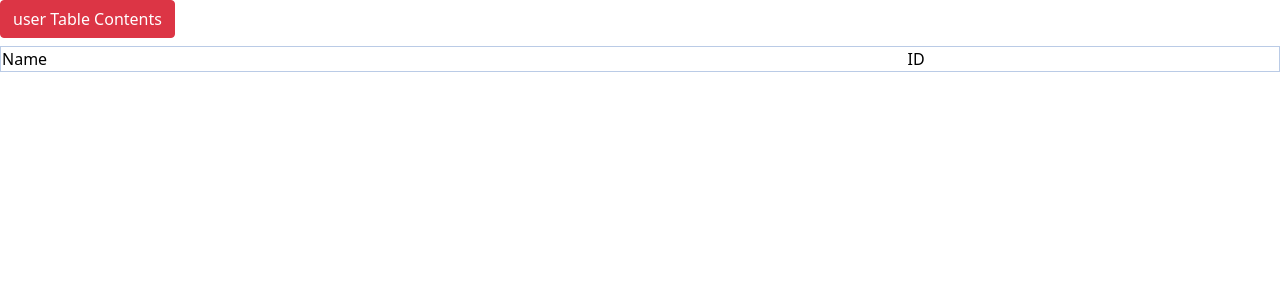
Repository: mobey3/JspProject
Page: http://localhost/JS_JSP/UserDB.jsp
An editor plug-in stored every save of this project. The page is shown before and after the next save, followed by the edit.
The browser window is 1280 px wide. The pictures show the whole page.
The page is served by Tomcat 9. Queries for data that is not in the repository find no rows.

Above is the page before, as saved 2021-07-20 02:51:31.

After the next save:
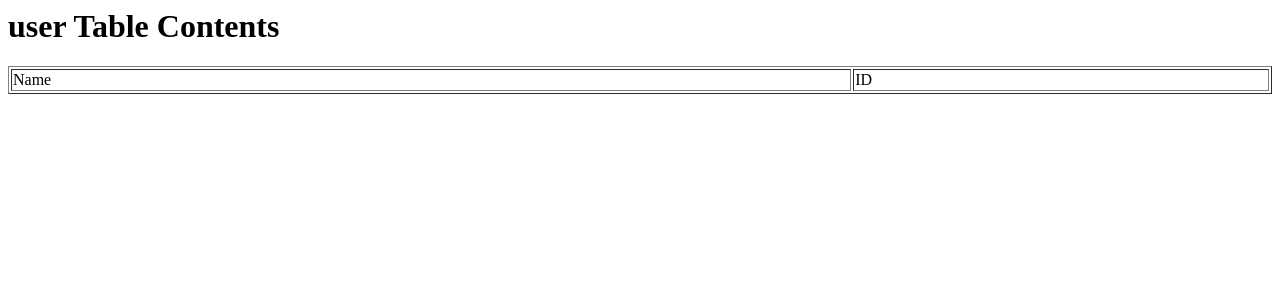
Saved 6 min 55 s later.
--- a/0720/JS_JSP/src/main/webapp/UserDB.jsp
+++ b/0720/JS_JSP/src/main/webapp/UserDB.jsp
@@ -8,62 +8,68 @@
 <head>
 <title>Member List</title>
 
-<link
-	href="https://cdn.jsdelivr.net/npm/bootstrap@5.0.2/dist/css/bootstrap.min.css"
-	rel="stylesheet"
-	integrity="sha384-EVSTQN3/azprG1Anm3QDgpJLIm9Nao0Yz1ztcQTwFspd3yD65VohhpuuCOmLASjC"
-	crossorigin="anonymous">
+
 </head>
 <body>
-	<h1 class="btn btn-danger">user Table Contents</h1>
-	<table class ="table-primary" width="100%" border="1">
-		<tr class ="table-primary">
-			<td class ="table-primary">Name</td>
-			<td class ="table-primary">ID</td>
+	<h1>user Table Contents</h1>
+	<table width="100%" border="1">
+		<tr >
+			<td>Name</td>
+			<td>ID</td>
 		</tr>
-		<% // MySQL JDBC Driver Loading
+		<%
+		// MySQL JDBC Driver Loading
 		Class.forName("com.mysql.cj.jdbc.Driver");
 		Connection conn = null;
 		Statement stmt = null;
 		ResultSet rs = null;
 		try {
-		String jdbcDriver = "jdbc:mysql://localhost:3306/basicjsp?" + "useUnicode=true&characterEncoding=utf8";
-		//String jdbcDriver = "jdbc:mysql://localhost:3306/TUTORIAL?useSSL=false&serverTimezone=UTC";
-		//String jdbcDriver = "jdbc:mysql://localhost:3306/TUTORIAL?serverTimezone=UTC";
+			String jdbcDriver = "jdbc:mysql://localhost:3306/basicjsp?" + "useUnicode=true&characterEncoding=utf8";
+			//String jdbcDriver = "jdbc:mysql://localhost:3306/TUTORIAL?useSSL=false&serverTimezone=UTC";
+			//String jdbcDriver = "jdbc:mysql://localhost:3306/TUTORIAL?serverTimezone=UTC";
 
-		String dbUser = "root";
-		String dbPass = "1234";
-		String query = "select * from user"; // Create DB
-		conn = DriverManager.getConnection(jdbcDriver, dbUser, dbPass);
-		// Create Statement
-		stmt = conn.createStatement();
-		// Run Qeury
-		rs = stmt.executeQuery(query);
-		// Print Result (Run by Query)
-		while(rs.next()) { %>
+			String dbUser = "root";
+			String dbPass = "1234";
+			String query = "select * from user"; // Create DB
+			conn = DriverManager.getConnection(jdbcDriver, dbUser, dbPass);
+			// Create Statement
+			stmt = conn.createStatement();
+			// Run Qeury
+			rs = stmt.executeQuery(query);
+			// Print Result (Run by Query)
+			while (rs.next()) {
+		%>
 		<tr>
-			<td><%= rs.getString("userID") %></td>
-			<td><%= rs.getString("userPassword") %></td>
+			<td><%=rs.getString("userID")%></td>
+			<td><%=rs.getString("userPassword")%></td>
 		</tr>
 		<%
-		} }catch(
+		}
+		} catch (
 
-			SQLException ex)
-			{
-				out.println(ex.getMessage());
-				ex.printStackTrace();
-			}finally
-			{ // Close Statement
-				if (rs != null) try { rs.close(); } catch(SQLException ex) {}
-			if (stmt != null) try { stmt.close(); } catch(SQLException ex) {}
-			// Close Connection
-			if (conn != null) try { conn.close(); } catch(SQLException ex) {} }
+		SQLException ex) {
+		out.println(ex.getMessage());
+		ex.printStackTrace();
+		} finally { // Close Statement
+		if (rs != null)
+		try {
+			rs.close();
+		} catch (SQLException ex) {
+		}
+		if (stmt != null)
+		try {
+			stmt.close();
+		} catch (SQLException ex) {
+		}
+		// Close Connection
+		if (conn != null)
+		try {
+			conn.close();
+		} catch (SQLException ex) {
+		}
+		}
 		%>
 	</table>
-		<script
-		src="https://cdn.jsdelivr.net/npm/bootstrap@5.0.2/dist/js/bootstrap.bundle.min.js"
-		integrity="sha384-MrcW6ZMFYlzcLA8Nl+NtUVF0sA7MsXsP1UyJoMp4YLEuNSfAP+JcXn/tWtIaxVXM"
-		crossorigin="anonymous"></script>
 
 
 </body>
